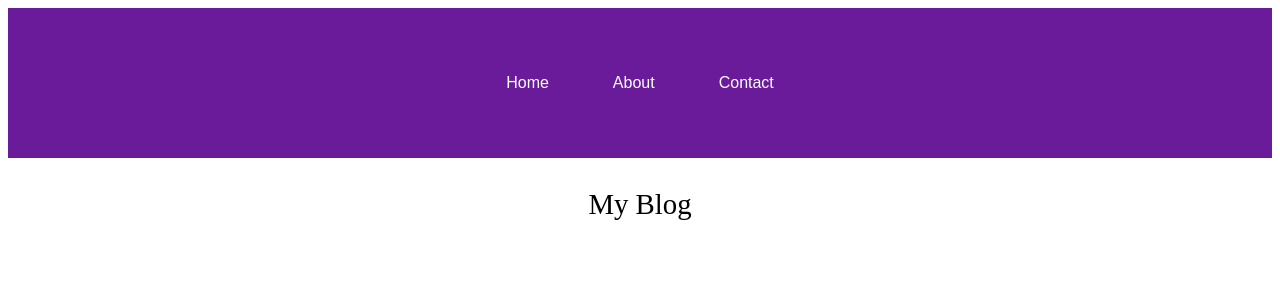
Repository: Femi007-gh/BLOG
Page: index.html
An editor plug-in stored every save of this project. The page is shown before and after the next save, followed by the edit.
The browser window is 1280 px wide. The pictures show the whole page.

Above is the page before, as saved 2025-01-08 07:32:13.

After the next save:
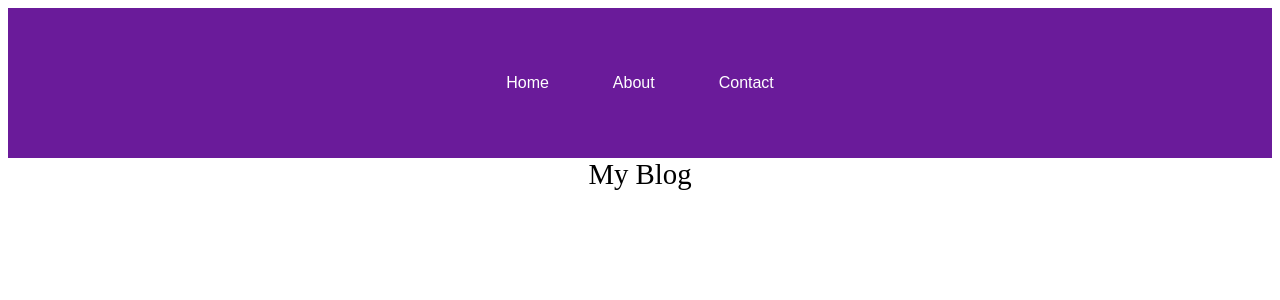
Saved 8 s later.
--- a/style.css
+++ b/style.css
@@ -28,7 +28,7 @@ nav {
     }
 
     p {
-      margin-top: 30px;
+      margin-top: 0px;
       font-size: 1.8rem;
 
       text-align: center;
